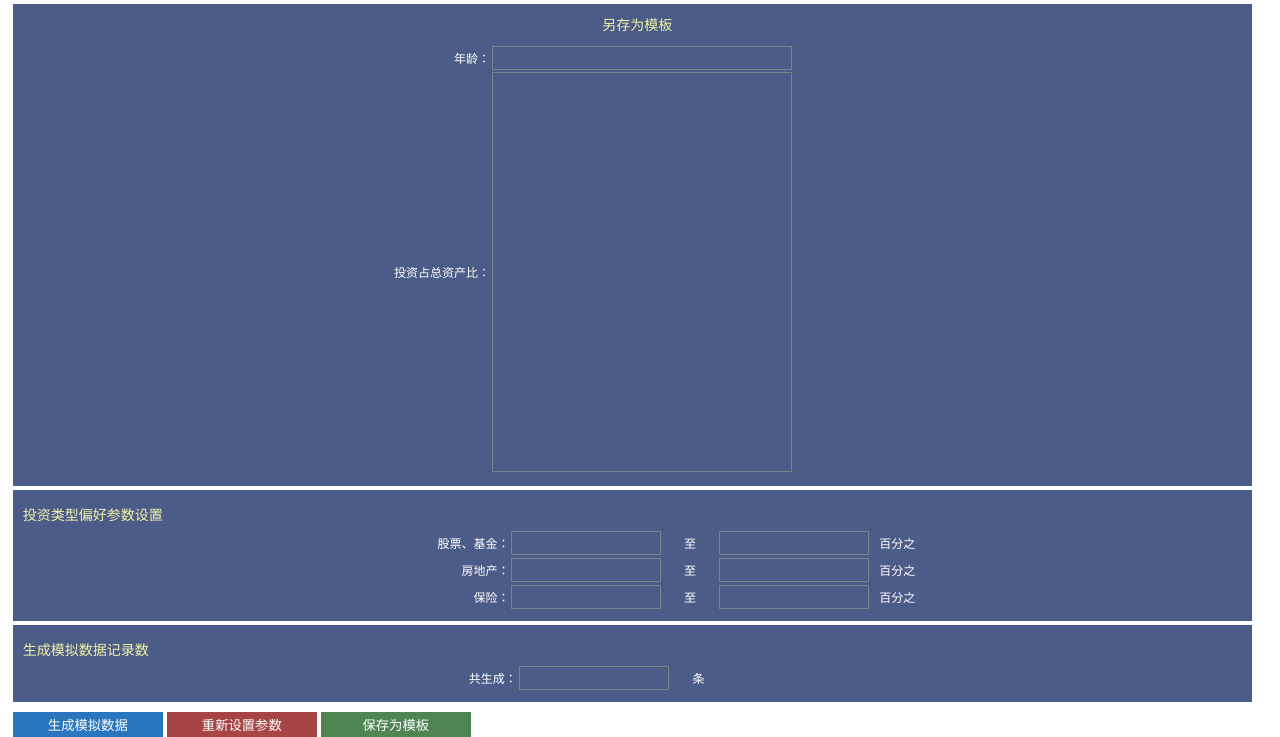
Repository: trieyouth/BigData
Page: http://localhost/BigData/WEB-INF/views/invesr-client-perference-analyse-system/data-collect/saveAsTemplate.jsp
An editor plug-in stored every save of this project. The page is shown before and after the next save, followed by the edit.
The browser window is 1280 px wide. The pictures show the whole page.
The page is served by Tomcat 9. Nobody is signed in. Other server files are loaded and not shown. The template is opened directly, without the code that normally fills it, so the values that code supplies are empty.

Above is the page before, as saved 2016-03-13 03:37:42.

### BigData/WebRoot/WEB-INF/views/invesr-client-perference-analyse-system/data-collect/saveAsTemplate.jsp
<%@ page language="java" import="java.util.*" contentType="text/html; charset=utf-8" pageEncoding="UTF-8"%>
<%
String path = request.getContextPath();
String basePath = request.getScheme()+"://"+request.getServerName()+":"+request.getServerPort()+path+"/";
%>

<!DOCTYPE HTML PUBLIC "-//W3C//DTD HTML 4.01 Transitional//EN">
<html>
  <head>
    <base href="<%=basePath%>">
    <meta charset="utf-8">
<title>生成模拟数据</title>

	<meta http-equiv="pragma" content="no-cache">
	<meta http-equiv="cache-control" content="no-cache">
	<meta http-equiv="expires" content="0">
	<meta http-equiv="keywords" content="keyword1,keyword2,keyword3">
	<meta http-equiv="description" content="This is my page">
	<!--
	<link rel="stylesheet" type="text/css" href="styles.css">
	-->
<link href="WebView/css/mycss.css" rel="stylesheet" type="text/css"  >
<style>
#lightcolor {
	width: 96%;
	padding-top: 10px;
	padding-bottom: 10px;
	padding-left: 10px;
	margin-left: 1%;
	background-color: #4B5C88;
	border: 0;
}
</style>

  </head>

  <body>
<div style="height:4px; width:100%;"></div>
<form  method="get"  name="simulationDataService" action="EvaluateClientRiskPreferenceDataCollectServlet">

  <!--基本参数设置区域-->

  <div id="lightcolor">
    <div style="height:25px; width:60%; text-align:center; font-size: 25px;"> <label id="labelhead"><a>另存为模板</a></label></div>

    <div style="height:4px; width:100%;"></div>
    <table frame="void" width = "60%" height="25" >
      <tr>
        <td width="30%"  height="25"  style="text-align:right" ><label id="labelbody" > 年龄： </label></td>
        <td width="70%"  height="25"  ><label id="labelbody" >
            <input  type="text" id="inputwidth" style="width:300px;" name="minAge" >  </label></td>
      </tr>
      <tr>
        <td width="30%"  height="25"  style="text-align:right" ><label id="labelbody" > 投资占总资产比： </label></td>
        <td width="70%"  height="25"  ><label id="labelbody" >
            <input  type="text" id="inputwidth" style="width:300px;height:400px;" name="minInvestAssetRate" > </label></td>
      </tr>
      <tr>
        <td colspan="2"></td>
      </tr>
    </table>
  </div>

  <!--开始下一个参数组-->
  <div style="height:4px; width:100%;"></div>
  <div id="lightcolor">
    <div style="height:4px; width:100%;"></div>
    <label  id="labelhead">投资类型偏好参数设置</label>
    <div style="height:4px; width:100%;"></div>
    <table frame="void" width = "47%" height="25" >
      <tr>
        <td width="30%"  height="25"  style="text-align:right" ><label id="labelbody" > 股票、基金： </label></td>
        <td width="25%"  height="25"  ><label id="labelbody" >
            <input  type="text" id="inputwidth" name="minStockFundNum" >
          </label></td>
        <td width="10%"  height="25"  style="text-align:center"  ><label id="labelbody" > 至 </label></td>
        <td width="25%"  height="25"  ><label id="labelbody" >
            <input  type="text" id="inputwidth" name="maxStockFundNum" >
          </label></td>
        <td width="10%"  height="25"  style="text-align:center"  ><label id="labelbody" >百分之 </label></td>
      </tr>
      <tr>
        <td width="30%"  height="25"  style="text-align:right" ><label id="labelbody" > 房地产： </label></td>
        <td width="25%"  height="25"  ><label id="labelbody" >
            <input  type="text" id="inputwidth" name="minEstateNum" >
          </label></td>
        <td width="10%"  height="25"  style="text-align:center"  ><label id="labelbody" > 至 </label></td>
        <td width="25%"  height="25"  ><label id="labelbody" >
            <input  type="text" id="inputwidth" name="maxEstateNum" >
          </label></td>
        <td width="10%"  height="25"  style="text-align:center"  ><label id="labelbody" >百分之 </label></td>
      </tr>
      <tr>
        <td width="30%"  height="25"  style="text-align:right" ><label id="labelbody" > 保险： </label></td>
        <td width="25%"  height="25"  ><label id="labelbody" >
            <input  type="text" id="inputwidth" name="minInsuranceNum" >
          </label></td>
        <td width="10%"  height="25"  style="text-align:center"  ><label id="labelbody" > 至 </label></td>
        <td width="25%"  height="25"  ><label id="labelbody" >
            <input  type="text" id="inputwidth" name="maxInsuranceNum" >
          </label></td>
        <td width="10%"  height="25"  style="text-align:center"  ><label id="labelbody" >百分之 </label></td>
      </tr>
    </table>
  </div>

  <!--开始下一个参数组-->
  <div style="height:4px; width:100%;"></div>
  <div id="lightcolor">
    <div style="height:4px; width:100%;"></div>
    <label  id="labelhead">生成模拟数据记录数</label>
    <div style="height:4px; width:100%;"></div>
    <table frame="void" width = "47%" height="25" >
      <tr>
        <td width="30%"  height="25"  style="text-align:right" ><label id="labelbody" > 共生成： </label></td>
        <td width="25%"  height="25"  ><label id="labelbody" >
            <input  type="text" id="inputwidth" name="generateNums" >
          </label></td>
        <td width="10%"  height="25"  style="text-align:center"  ><label id="labelbody" > 条 </label></td>
        <td width="25%"  height="25"  ></label></td>
        <td width="10%"  height="25"  style="text-align:center"  ></td>
      </tr>
    </table>
  </div>
  <div style="height:10px; width:100%;"></div>
  <!--选择按钮功能-->

  <div id="buttoncon">
    <button name="btnGenerate" type="submit" style="width:150px ;height:25px;background:#2976BE;border:0;color:#FFF;font-family: Microsoft YaHei;">生成模拟数据</button>
    <!--点击此按钮后台获得参数-->
    <button  type="reset" style="width:150px ;height:25px;background:#A74544;border:0;color:#FFF;font-family: Microsoft YaHei;">重新设置参数</button>
    <button name="btnSave"  type="submit" style="width:150px ;height:25px;background:#4F8553;border:0;color:#FFF;font-family: Microsoft YaHei;">保存为模板</button>
  </div>
</form>
  </body>
</html>

### BigData/WebRoot/WEB-INF/resources/css/mycss.css
@charset "utf-8";
/* CSS Document */
*{
	padding:0px;
	margin:0px auto;
	border:0px;
}
#continaer{
	margin: 0px auto;
	width:80%;
	height:750px;
	//min-height:700px;
	background-color:rgb(18,24,48);
	padding:5px;
	border:0;
	}
#header{
	height:20%;
	width:100%;
	margin:0 auto;
	padding:0;
	border:0;
	background-color:rgb(76,93,137);}
    hr{ margin-top:0;
	margin-bottom:0;}

#bod{
	height:80%;
	width:100%;
	margin-top:0%;
	padding:0;
	background-color:rgb(76,93,137);
	}
#leftbody{
	margin:0;
	padding:0;
	border:0;
	width:20%;
	height:100%;
	background-color:rgb(18,24,48);
	float:left;
	}
#rightbody{
	margin:0;
	padding:0;
	border:0;
	width:80%;
	height:100%;
	background-color:rgb(49,69,120);
	float:left;}
#navhead{
	width:100%;
	height:50px;
	border:0;
	margin:0;
	padding:0;
	background:rgb(49,69,120);}

#hrc{
	margin-top:0;}
.nav ul {
	width:100%;
	height: 50px;
	padding: 0;
	margin-top:0;
}
.nav ul li {
	float: left;
	list-style: none;
}
.nav ul li a {
	width: 145px;
	height: 41px;
	line-height: 41px;
	background: rgb(49,69,120);
	color: #000;
	font-size: 14px;
	display: block;
	text-align: center;
	text-decoration: none;
	font-size: 16px;
	font-family:Microsoft YaHei;
	color:#FFF;
}
.nav ul li a:hover {
	width: 145px;
	height: 41px;
	line-height: 41px;
	border: 1px solid rgb(49,69,120);
	color: #000;
}

.meau ul {
	width: 100%;
	padding: 0;
	margin-top: 0;
}
.meau ul li {
	list-style: none;
}
.meau ul li a {
	width: 100%;
	height: 41px;
	line-height: 41px;
	background: rgb(28,40,82);
	color: #000;
	font-size: 14px;
	display: block;
	text-align: center;
	text-decoration: none;
	font-size: 16px;
	font-family: Microsoft YaHei;
	color: #FFF;
}
.meau ul li a:hover {
	width: 100%;
	height: 41px;
	line-height: 41px;
	border: 1px solid rgb(49,69,120);
	color: #FFF;
	background-color: rgb(18,24,48);
}
#lightcolor {
	width: 97%;
	margin-left:1%;
	background-color: #4B5C88;
	padding-top: 10px;
	padding-bottom: 10px;
	padding-left: 10px;
	border: 0;
}

#lighttable {
	width: 96%;

	padding-left:10px;
	margin-left:1%;
	background-color: #4B5C88;
	border:0;
}


#buttoncon{
	width: 97%;
	margin-left:1%;
	padding:0;
	border:0;
}
#labelhead {
	color: #F1F1A4;
	font-size: 14px;
	font-family: Microsoft YaHei;
}
#labelbody {
	color: #FFF;
	font-size: 12px;
	font-family: Microsoft YaHei;
}
/* the style of * */
#labelbody1 {

	font-size: 24px;
	color:red;
}
/*the style of input【text】 */
#inputwidth {
	width: 150px;
	height: 24px;
	background: Transparent;
	border: 1px solid #788587;
}
.cell{
	border-right:#7785A8 solid 1px;
	}

/* the style of Button */
#button1style{
	width:150px ;
	height:25px;
	background:#2976BE;
	border:0;
	color:#FFF;
	font-family: Microsoft YaHei;
}
/* the style of Button */
#button2style{
    width: 150px;
	height: 25px;
	background: #A74544;
	border: 0;
	color: #FFF;
	font-family: Microsoft YaHei;
}
/* the style of Button */
#button3style{
    width:150px ;
    height:25px;
    background:#4F8553;
    border:0;
    color:#FFF;
    font-family: Microsoft YaHei;
}
.submitfile{
	width:150px;
	height:25px;
	background-color:#4F8553;
	color:#FFF;
	margin-left:3px;}
.choicefile{
	width:150px;
	height:25px;
	background-color:#2976BE;
	color:#FFF;
	margin-right:3px;
	}
.filepath{
	width:310px;
	border:1px solid #OFC;
	height:25px;
	line-height:25px;
	overflow:hidden;
	color:#000;}

After the next save:
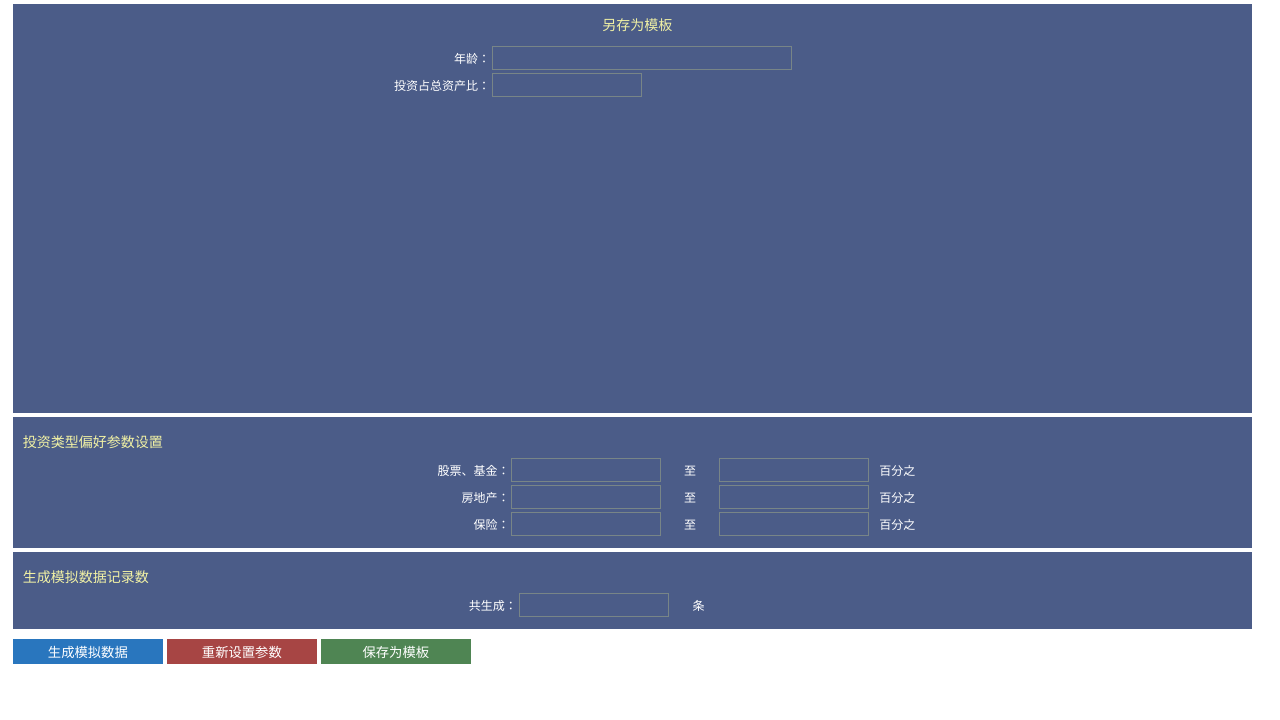
Saved 118 s later.
--- a/BigData/WebRoot/WEB-INF/views/invesr-client-perference-analyse-system/data-collect/saveAsTemplate.jsp
+++ b/BigData/WebRoot/WEB-INF/views/invesr-client-perference-analyse-system/data-collect/saveAsTemplate.jsp
@@ -53,7 +53,11 @@ String basePath = request.getScheme()+"://"+request.getServerName()+":"+request.
       <tr>
         <td width="30%"  height="25"  style="text-align:right" ><label id="labelbody" > 投资占总资产比： </label></td>
         <td width="70%"  height="25"  ><label id="labelbody" >
-            <input  type="text" id="inputwidth" style="width:300px;height:400px;" name="minInvestAssetRate" > </label></td>
+            <input  type="text" id="inputwidth"  name="minInvestAssetRate" > </label></td>
+      </tr>
+      <tr>
+         <td style="width:300px;height:300px;"></td>
+         <td></td>
       </tr>
       <tr>
         <td colspan="2"></td>
